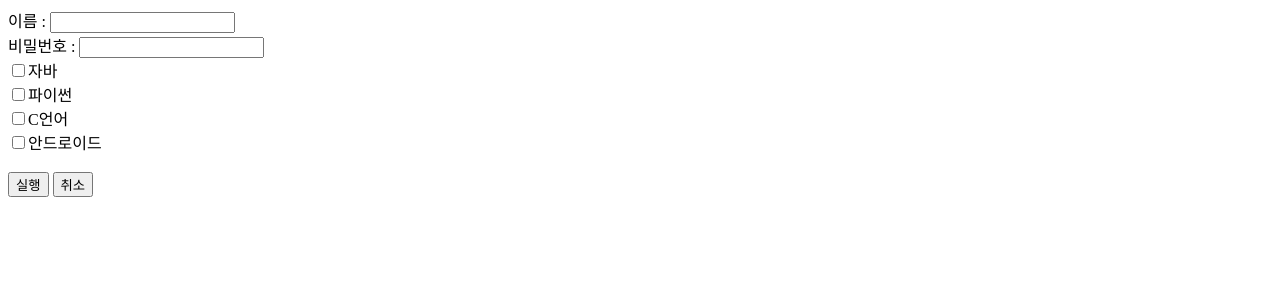
Repository: ineble/demo1
Page: pro05/src/main/webapp/login3.html
The author's editor kept a copy of each file at every save. The page is drawn from the files as they stood at one save, then again after the next save.
The browser window is 1280 px wide. The pictures show the whole page.

Above is the page before, as saved 2022-08-03 15:52:04.

After the next save:
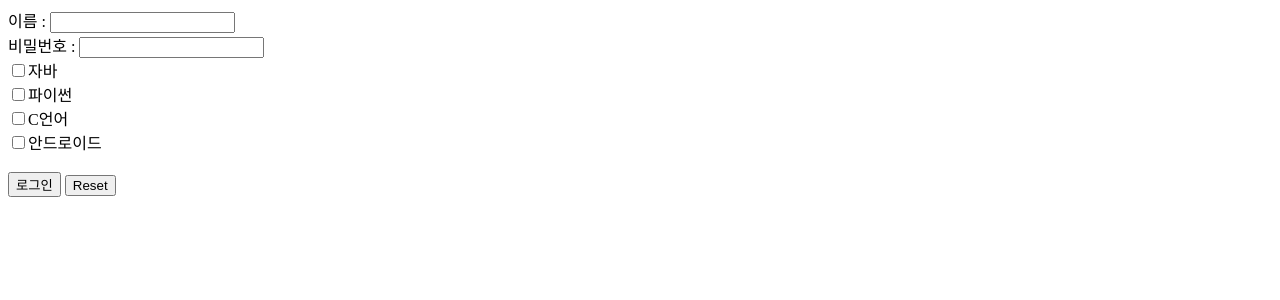
Saved 11 min 29 s later.
--- a/pro05/src/main/webapp/login3.html
+++ b/pro05/src/main/webapp/login3.html
@@ -5,15 +5,15 @@
 <title>Insert title here</title>
 </head>
 <body>
-	<form action="input2" method="get" name="frmLogin">
+	<form action="login2" method="get" name="frmLogin">
 		이름 : <input type="text" name="fname"> <br>
 		비밀번호 : <input type="password" name="fpass"> <br>
 		<input type="checkbox" name="subject" value="자바">자바 <br>
 		<input type="checkbox" name="subject" value="파이썬">파이썬 <br>
 		<input type="checkbox" name="subject" value="C언어">C언어 <br>
 		<input type="checkbox" name="subject" value="안드로이드">안드로이드 <br><br>
-		<input type="submit" value="실행">
-		<input type="reset" value="취소">
+		<input type="submit" value="로그인">
+		<input type="reset" valye="실행취소">
 	</form>
 </body>
 </html>
